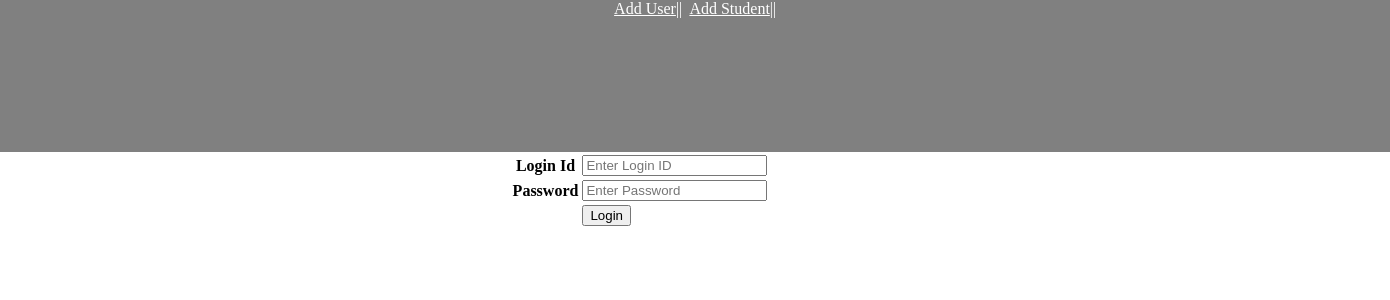
Repository: sapnajariya/Advaned
Page: http://localhost/mvcproject/Login.jsp
The author's editor kept a copy of each file at every save. The page is drawn from the files as they stood at one save, then again after the next save.
The browser window is 1280 px wide. The page is 1390 px wide, so the pictures cover 1390 px, including what lies to the right of the window. The pictures show the whole page.
The page is served by Tomcat 9.

Above is the page before, as saved 2023-02-02 06:08:37.

After the next save:
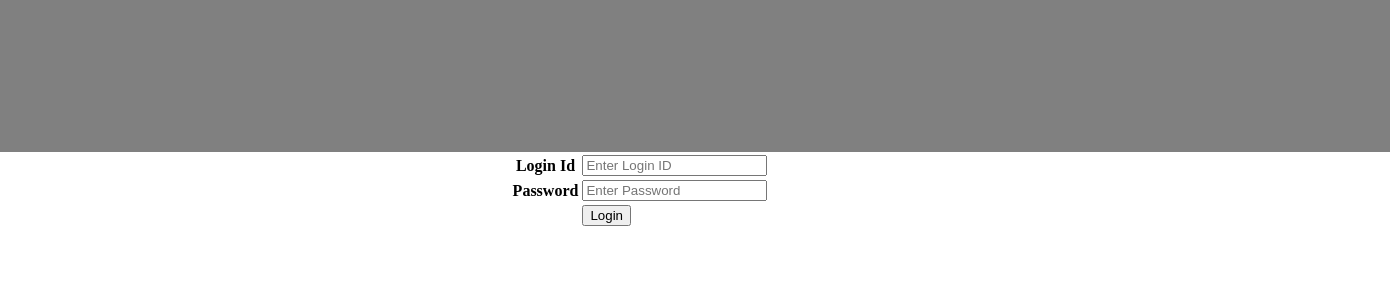
Saved 3 min 1 s later.
--- a/AdvanBatch/mvcproject/src/main/webapp/header.jsp
+++ b/AdvanBatch/mvcproject/src/main/webapp/header.jsp
@@ -19,8 +19,7 @@ color:white;}
 <%=name %>
 <%} %>
 
-<header>&nbsp;<a href="Registration.jsp">Add User</a>||&nbsp;
-<a href="Student.jsp">Add Student</a>||&nbsp;
+<header>
 <%if(name!=null) {%>
 <a href="userlist">UserList</a>
 <%} %></header>
